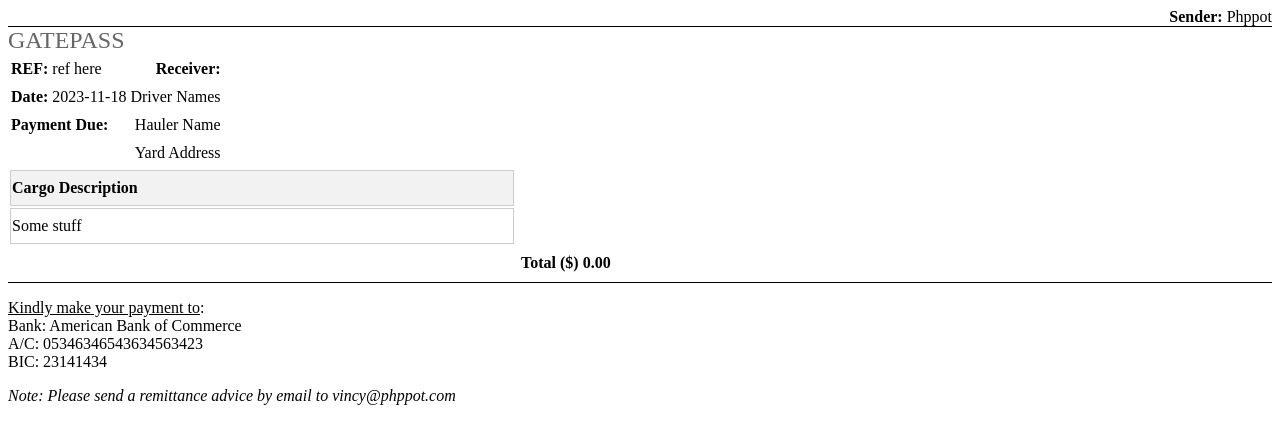
Repository: scoshield/yms
Page: resources/views/admin/appointments/gatepass.blade.php
These files come from the project's save history. The page is drawn as it stood at one moment and after the next save; the edit follows.
The browser window is 1280 px wide. The pictures show the whole page.
The page is served by the project's Laravel application, run on PHP 8.4 with Laravel 8. Other server files are loaded and not shown. The template is opened directly, without the code that normally fills it, so the values that code supplies are empty.

Above is the page before, as saved 2023-11-19 13:51:25.

### routes/web.php
<?php

use App\Http\Controllers\HomeController;
use Illuminate\Support\Facades\Auth;
use Illuminate\Support\Facades\Route;

define('BASE_URL', env('APP_URL'));

Route::redirect('/', BASE_URL.'/login');
Route::redirect('/home', BASE_URL.'/admin');
Auth::routes(['register' => false]);

// Profile Routes
Route::prefix('profile')->name('profile.')->middleware('auth')->group(function () {
    Route::get('/', [HomeController::class, 'getProfile'])->name('detail');
    Route::post('/update', [HomeController::class, 'updateProfile'])->name('update');
    Route::post('/change-password', [HomeController::class, 'changePassword'])->name('change-password');
});

Route::group(['prefix' => 'admin', 'as' => 'admin.', 'namespace' => 'Admin', 'middleware' => ['auth']], function () {
    Route::get('/', 'HomeController@index')->name('home');
    // Permissions
    Route::delete('permissions/destroy', 'PermissionsController@massDestroy')->name('permissions.massDestroy');
    Route::resource('permissions', 'PermissionsController');

    // Roles
    Route::delete('roles/destroy', 'RolesController@massDestroy')->name('roles.massDestroy');
    Route::resource('roles', 'RolesController');

    // Users
    Route::delete('users/destroy', 'UsersController@massDestroy')->name('users.massDestroy');
    Route::resource('users', 'UsersController');

    // Services
    Route::delete('services/destroy', 'ServicesController@massDestroy')->name('services.massDestroy');
    Route::resource('services', 'ServicesController');

    // Employees
    Route::delete('employees/destroy', 'EmployeesController@massDestroy')->name('employees.massDestroy');
    Route::post('employees/media', 'EmployeesController@storeMedia')->name('employees.storeMedia');
    Route::resource('employees', 'EmployeesController');

    // Clients
    Route::delete('clients/destroy', 'ClientsController@massDestroy')->name('clients.massDestroy');
    Route::resource('clients', 'ClientsController');

    // Appointments
    Route::post('appointments/admit', 'AppointmentsController@admit')->name('appointments.admit');
    Route::post('appointments/printpass', 'AppointmentsController@printpass')->name('appointments.printpass');
    Route::delete('appointments/destroy', 'AppointmentsController@massDestroy')->name('appointments.massDestroy');
    Route::resource('appointments', 'AppointmentsController');

    // Loading Bay
    Route::post('loadingbay/start', 'LoadingBayController@start')->name('loadingbay.start');
    Route::post('loadingbay/finish', 'LoadingBayController@finish')->name('loadingbay.finish');
    Route::delete('loadingbay/destroy', 'LoadingBayController@massDestroy')->name('loadingbay.massDestroy');
    Route::resource('loadingbay', 'LoadingBayController');

    // SystemCalendar
    Route::get('system-calendar', 'SystemCalendarController@index')->name('systemCalendar');

    // Department
    Route::delete('departments/destroy', 'DepartmentController@massDestroy')->name('departments.massDestroy');
    Route::post('departments/media', 'DepartmentController@storeMedia')->name('departments.storeMedia');
    Route::resource('departments', 'DepartmentController');

    // Yard
    Route::delete('yards/destroy', 'YardController@massDestroy')->name('yards.massDestroy');
    Route::post('yards/media', 'YardController@storeMedia')->name('yards.storeMedia');
    Route::resource('yards', 'YardController');

    // Hauler
    Route::delete('haulers/destroy', 'HaulerController@massDestroy')->name('haulers.massDestroy');
    Route::post('haulers/media', 'HaulerController@storeMedia')->name('haulers.storeMedia');
    Route::resource('haulers', 'HaulerController');

    // Inventory items
    Route::delete('inventory_items/destroy', 'InventoryItemController@massDestroy')->name('inventory_items.massDestroy');
    Route::post('inventory_items/media', 'InventoryItemController@storeMedia')->name('inventory_items.storeMedia');
    Route::resource('inventory_items', 'InventoryItemController');
});

### resources/views/admin/appointments/gatepass.blade.php
<!DOCTYPE html>
<html>
<head>
    <title>GatePass</title>
</head>
<body>
<div style="text-align:right;">
        <b>Sender:</b> Phppot
    </div>
    <div style="text-align: left;border-top:1px solid #000;">
        <div style="font-size: 24px;color: #666;">GATEPASS</div>
    </div>

    <table style="line-height: 1.5;">
        <tr>
            <td><b>REF:</b> ref here</td>
            <td style="text-align:right;"><b>Receiver:</b></td>
        </tr>
        <tr>
            <td><b>Date:</b> 2023-11-18</td>
            <td style="text-align:right;">Driver Names</td>
        </tr>
        <tr>
            <td><b>Payment Due:</b></td>
            <td style="text-align:right;">Hauler Name</td>
        </tr>
        <tr>
            <td></td>
            <td style="text-align:right;">Yard Address</td>
        </tr>
    </table>

    <div></div>
    <div style="border-bottom:1px solid #000;">
        <table style="line-height: 2;">
            <thead>
                <tr style="font-weight: bold;border:1px solid #cccccc;background-color:#f2f2f2;">
                    <td style="border:1px solid #cccccc;width:500px;">Cargo Description</td>
                    {{-- <td style = "text-align:right;border:1px solid #cccccc;width:85px">Price ($)</td>
                    <td style = "text-align:right;border:1px solid #cccccc;width:75px;">Quantity</td>
                    <td style = "text-align:right;border:1px solid #cccccc;">Subtotal ($)</td> --}}
                </tr>
            </thead>

            <tbody>
                <tr>
                    <td style = "border:1px solid #cccccc;width:500px">Some stuff</td>
                    {{-- <td></td>
                    <td></td>
                    <td></td> --}}
                </tr>
            </tbody>

            <tfoot>
                <tr style = "font-weight: bold;">
                    <td></td>
                    <td></td>
                    <td style = "text-align:right;">Total ($)</td>
                    <td style = "text-align:right;">0.00</td>
                </tr>
            </tfoot>
        </table>
    </div>

    <p>
        <u> Kindly make your payment to</u>:<br/>
            Bank: American Bank of Commerce<br/>
            A/C: 05346346543634563423<br/>
            BIC: 23141434<br/>
    </p>

    <p><i>Note: Please send a remittance advice by email to vincy@phppot.com</i></p>
</body>
</html>

Loaded but not shown: app/Http/Controllers/Auth/LoginController.php (common file); app/Http/Controllers/Controller.php (common file)

After the next save:
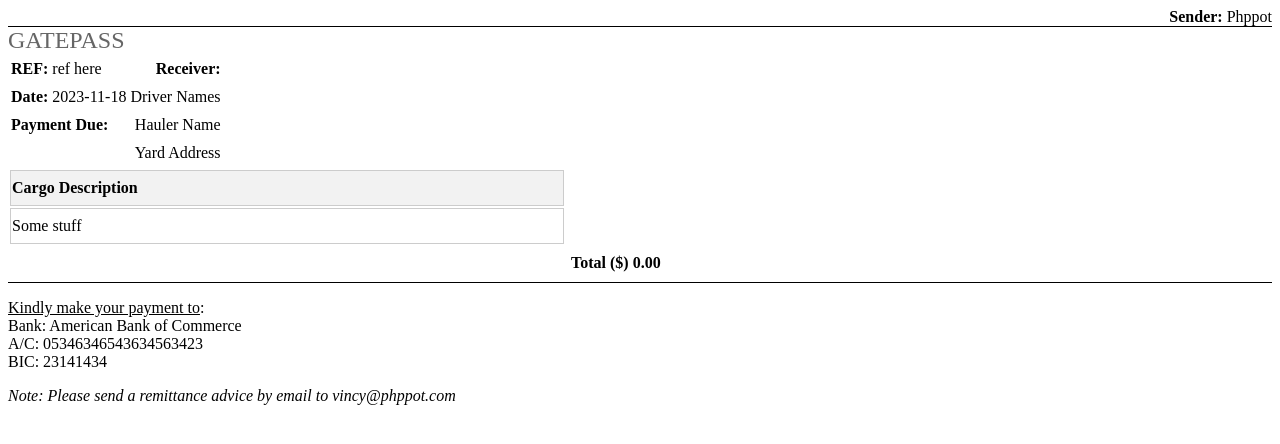
Saved 22 s later.
--- a/resources/views/admin/appointments/gatepass.blade.php
+++ b/resources/views/admin/appointments/gatepass.blade.php
@@ -35,7 +35,7 @@
         <table style="line-height: 2;">
             <thead>
                 <tr style="font-weight: bold;border:1px solid #cccccc;background-color:#f2f2f2;">
-                    <td style="border:1px solid #cccccc;width:500px;">Cargo Description</td>
+                    <td style="border:1px solid #cccccc;width:550px;">Cargo Description</td>
                     {{-- <td style = "text-align:right;border:1px solid #cccccc;width:85px">Price ($)</td>
                     <td style = "text-align:right;border:1px solid #cccccc;width:75px;">Quantity</td>
                     <td style = "text-align:right;border:1px solid #cccccc;">Subtotal ($)</td> --}}
